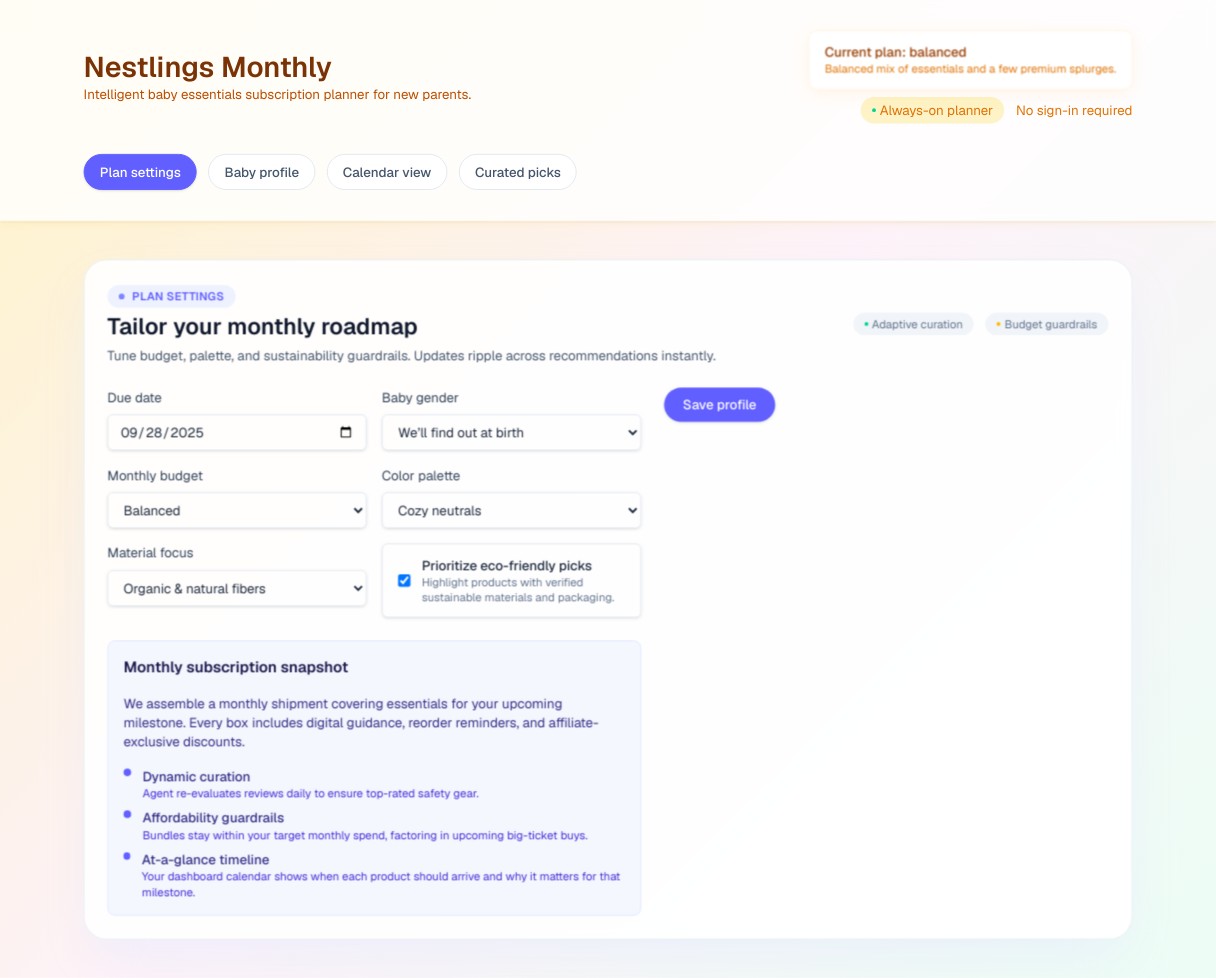
Repository: jc92/babyshop
Page: /
An editor plug-in stored every save of this project. The page is shown before and after the next save, followed by the edit.
The browser window is 1280 px wide. The pictures show the whole page, at 95% of full size.
The page's requests for data from a server got no answer. The project was rebuilt for these pictures with package versions that can differ from the ones it lists, and the page was loaded fresh each time. The framework's server and built-in components were replaced by stand-ins that run in the browser. No one was signed in, and anything a server would have sent is missing. Also part of the build but not shown: next.config.ts.

Above is the page before, as saved 2025-10-01 14:08:48.

After the next save:
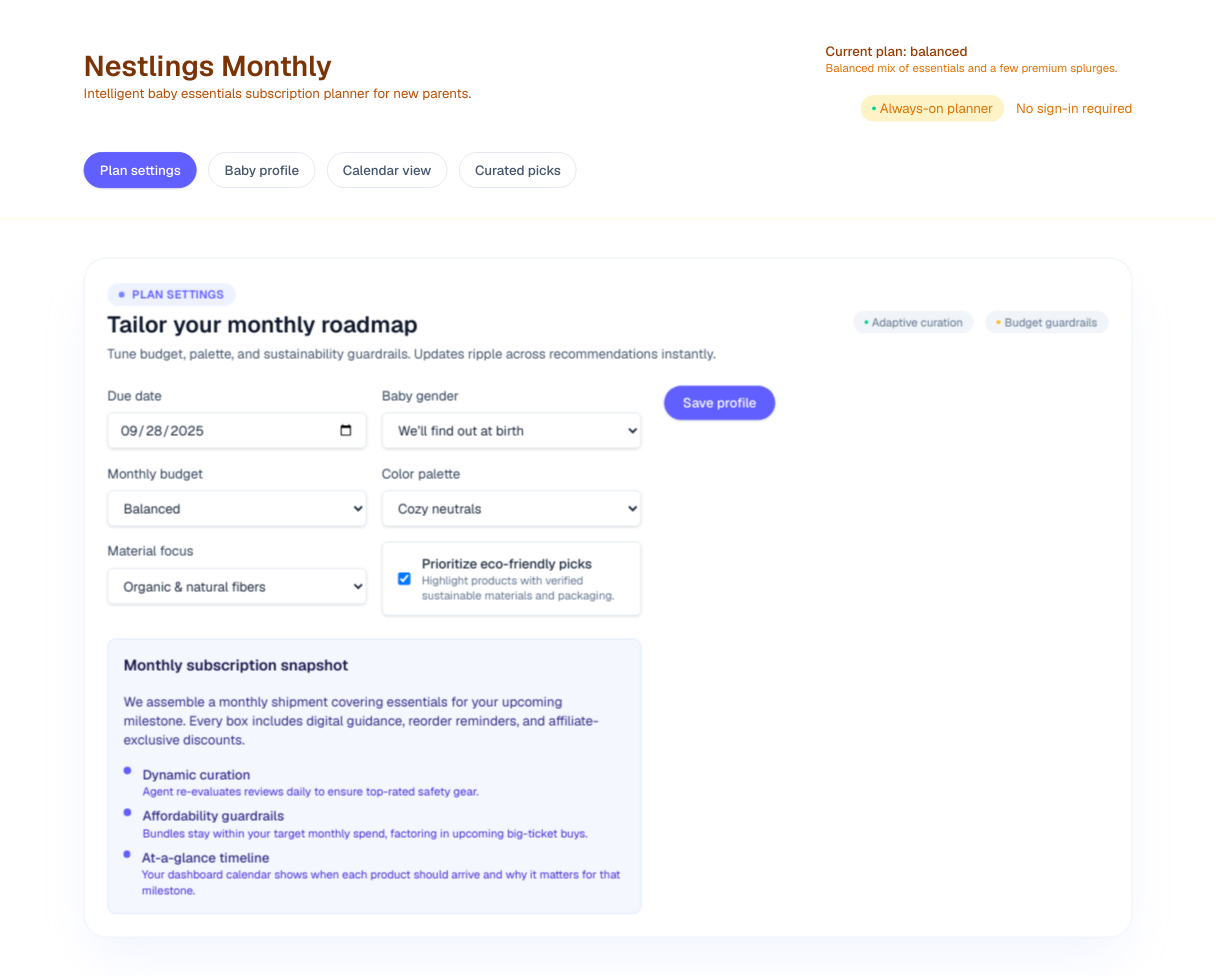
Saved 7 s later.
--- a/src/app/globals.css
+++ b/src/app/globals.css
@@ -21,40 +21,66 @@
 }
 
 body {
-  background: linear-gradient(135deg, #fef3c7 0%, #fdf2f8 50%, #ecfdf5 100%);
+  background: #ffffff;
   color: var(--foreground);
   font-family: var(--font-geist-sans), ui-sans-serif, system-ui;
   min-height: 100vh;
 }
 
-/* Parent-friendly theme components */
-.parent-gradient {
-  background: linear-gradient(135deg, #fef3c7 0%, #fdf2f8 50%, #ecfdf5 100%);
+/* Dreambaby-inspired theme components */
+.dreambaby-gradient {
+  background: linear-gradient(135deg, #f8fafc 0%, #f1f5f9 50%, #e0f2fe 100%);
 }
 
-.parent-card {
-  background: rgba(255, 255, 255, 0.9);
-  backdrop-filter: blur(10px);
-  border: 1px solid rgba(245, 158, 11, 0.1);
-  box-shadow: 0 4px 20px rgba(245, 158, 11, 0.1);
+.dreambaby-card {
+  background: #ffffff;
+  border: 1px solid var(--dreambaby-border);
+  border-radius: 12px;
+  box-shadow: 0 1px 3px rgba(0, 0, 0, 0.1), 0 1px 2px rgba(0, 0, 0, 0.06);
 }
 
-.parent-button {
-  background: linear-gradient(135deg, #f59e0b 0%, #ec4899 100%);
+.dreambaby-button {
+  background: var(--dreambaby-primary);
   color: white;
   border: none;
-  border-radius: 12px;
+  border-radius: 8px;
   padding: 12px 24px;
   font-weight: 600;
-  transition: all 0.3s ease;
-  box-shadow: 0 4px 15px rgba(245, 158, 11, 0.3);
+  font-size: 14px;
+  transition: all 0.2s ease;
+  box-shadow: 0 1px 2px rgba(0, 0, 0, 0.05);
 }
 
-.parent-button:hover {
-  transform: translateY(-2px);
-  box-shadow: 0 6px 20px rgba(245, 158, 11, 0.4);
+.dreambaby-button:hover {
+  background: #1d4ed8;
+  transform: translateY(-1px);
+  box-shadow: 0 4px 6px rgba(0, 0, 0, 0.1);
 }
 
-.parent-soft-shadow {
-  box-shadow: 0 2px 10px rgba(245, 158, 11, 0.1), 0 1px 3px rgba(0, 0, 0, 0.1);
+.dreambaby-button-secondary {
+  background: #ffffff;
+  color: var(--dreambaby-primary);
+  border: 1px solid var(--dreambaby-primary);
+  border-radius: 8px;
+  padding: 12px 24px;
+  font-weight: 600;
+  font-size: 14px;
+  transition: all 0.2s ease;
 }
+
+.dreambaby-button-secondary:hover {
+  background: var(--dreambaby-primary);
+  color: white;
+}
+
+.dreambaby-soft-shadow {
+  box-shadow: 0 1px 3px rgba(0, 0, 0, 0.1), 0 1px 2px rgba(0, 0, 0, 0.06);
+}
+
+.dreambaby-text {
+  color: var(--dreambaby-text);
+}
+
+.dreambaby-muted {
+  color: var(--dreambaby-muted);
+}
